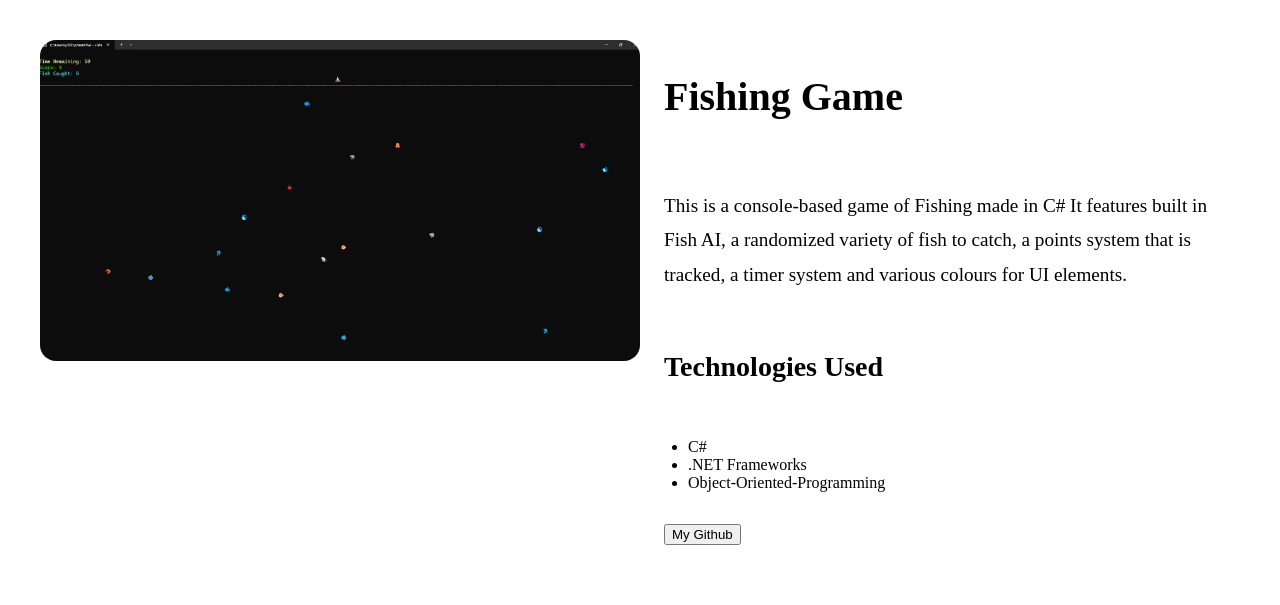
Repository: danielchohan/danielchohan
Page: pages/fishing.html
An editor plug-in stored every save of this project. The page is shown before and after the next save, followed by the edit.
The browser window is 1280 px wide. The pictures show the whole page.

Above is the page before, as saved 2026-05-08 19:26:25.

### pages/fishing.html
<!DOCTYPE html>
<html lang="en">
<head>
    <meta charset="UTF-8">
    <meta name="viewport" content="width=device-width, initial-scale=1.0">
    <title>Fishing Game</title>
    <link rel="stylesheet" href="../styles/projectcard.css">
</head>

<section class="projectcard">

<img alt="Screenshot of a round of Fishing" src="../assets/images/fishing.png">

<div class="projectinfo">
    <h1>Fishing Game</h1>

    <p> This is a console-based game of Fishing made in C#
        It features built in Fish AI, a randomized variety of fish to catch, a points system that is tracked,
        a timer system and various colours for UI elements.
     </p>

     <h2> Technologies Used </h2>
     <ul>
        <li>C#</li>
        <li>.NET Frameworks</li>
        <li>Object-Oriented-Programming</li>
     </ul>

     <div class="projectbutton">
        <a href="https://github.com/ChohanProgrammingProjects/Programming-1-Final-Project">
            <button>My Github</button>
        </a>
     </div>

</div>

</section>
<body>

</body>
</html>

### styles/projectcard.css
body{
    background:transparent;
    font-family: EldenFont;
}

.projectcard{
    display:flex;
    flex-direction:column;
    gap:1.5rem;
    padding:1.5rem;
}

.projectcard img{
    width:100%;
    border-radius:1rem;
    object-fit: cover;
}

.projectinfo{
    display:flex;
    flex-direction:column;
    gap:1rem;
}

.projectinfo h1{
    font-size:2rem;
    color:white;
}

.projectinfo p{
    line-height:1.8;
    font-size: 1rem;
    color:white;
}
.projectinfo h2{
    font-size:1.5rem;
    color:white;
}

.projectinfo ul{
    padding-left: 1.5rem;
    color:black;
}

.projectbutton{
    display:flex;
    gap:1rem;
    flex-wrap:wrap;
}

.projectbuttons a{
    padding: 0.6em 1.2em;
    font-size: 1rem;
    border:none;
    border-radius:0.4rem;
    background:white;
    color:black;
}

@media(min-width: 768px){
    .projectcard{
        padding:2rem;
    }
    .projectinfo h1{
        font-size:2.5rem;
        color:black;
    }
    .projectinfo p{
        font-size:1.2rem;
        color:black;
    }
    .projectinfo h2{
        font-size:1.75rem;
        color:black;
    }
}

@media (min-width:1024px) {
    .projectcard{
        flex-direction: row;
        align-items:flex-start;
    }

    .projectcard img{
        width:50%;
    }
    .projectinfo{
        width:50%;
    }
}

After the next save:
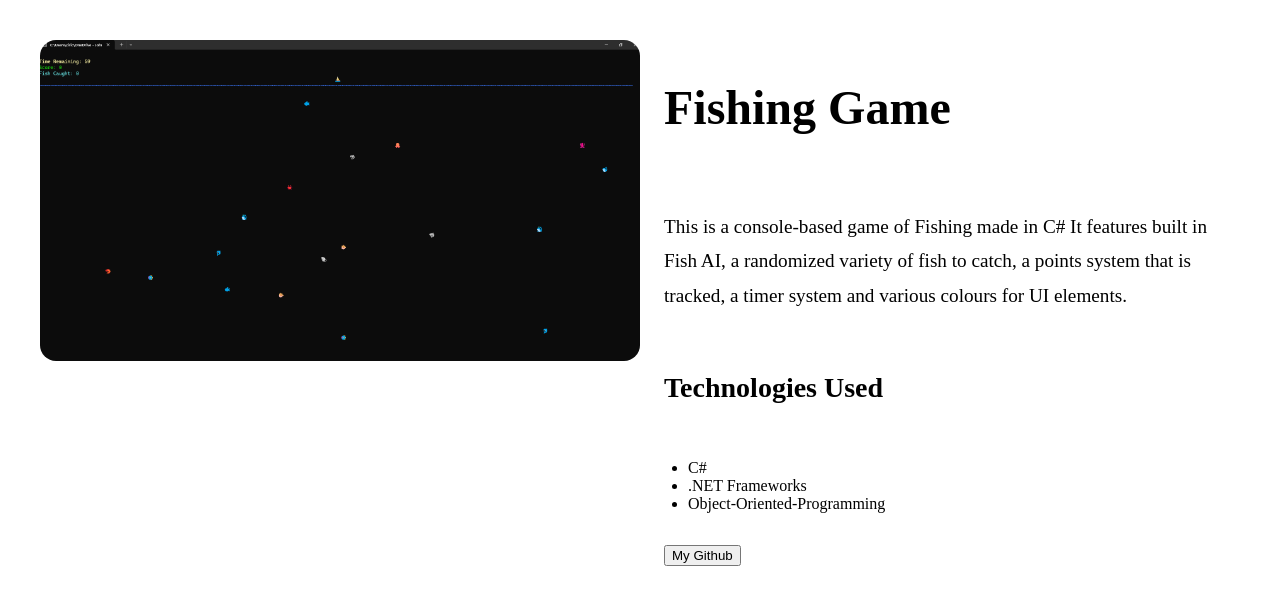
Saved 71 s later.
--- a/styles/projectcard.css
+++ b/styles/projectcard.css
@@ -1,6 +1,6 @@
 body{
     background:transparent;
-    font-family: EldenFont;
+    font-family: EldenFont, serif;
 }
 
 .projectcard{
@@ -81,6 +81,11 @@
         align-items:flex-start;
     }
 
+    .projectinfo h1{
+        font-size:3rem;
+        color:black;
+    }
+
     .projectcard img{
         width:50%;
     }
